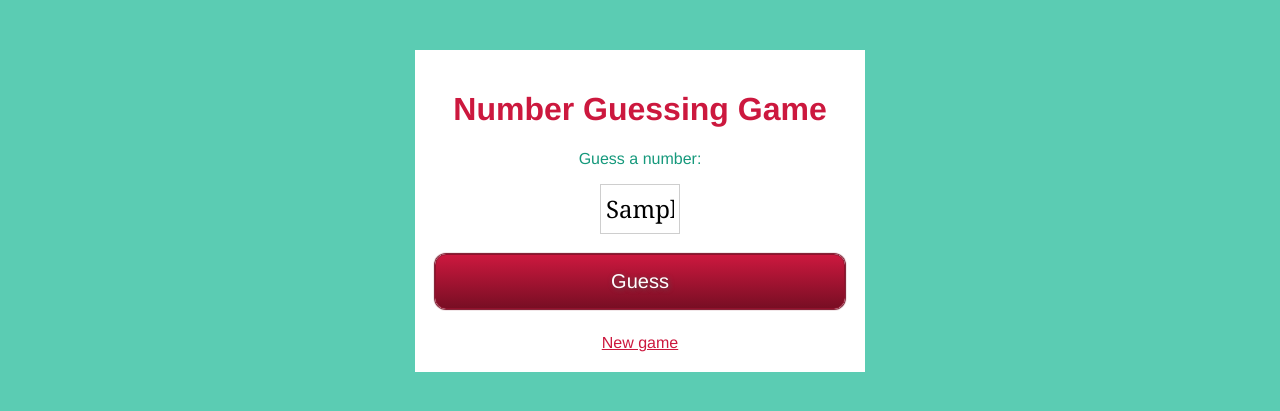
Repository: apopheny/JS230
Page: numberguesser.html
An editor plug-in stored every save of this project. The page is shown before and after the next save, followed by the edit.
The browser window is 1280 px wide. The pictures show the whole page.
Empty fields were first filled with sample values (such as "Sample", 5 or name@example.com).
After loading, the first visible `a` was clicked once.

Above is the page before, as saved 2024-01-25 17:28:05.

After the next save:
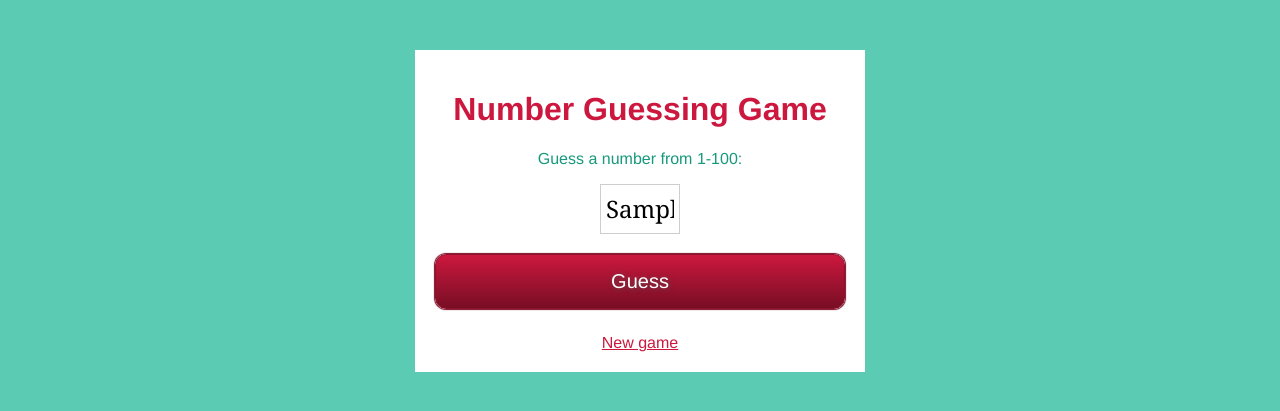
Saved 2 min 10 s later.
--- a/numberguesser.js
+++ b/numberguesser.js
@@ -25,7 +25,7 @@ function eventDelegator () {
 
   function newGame (event) {
     event.preventDefault();
-    resultArea.textContent = 'Guess a number:';
+    resultArea.textContent = 'Guess a number from 1-100:';
     answer = newHiddenNumber();
   }
   const newGameLink = document.body.querySelector('main a');
